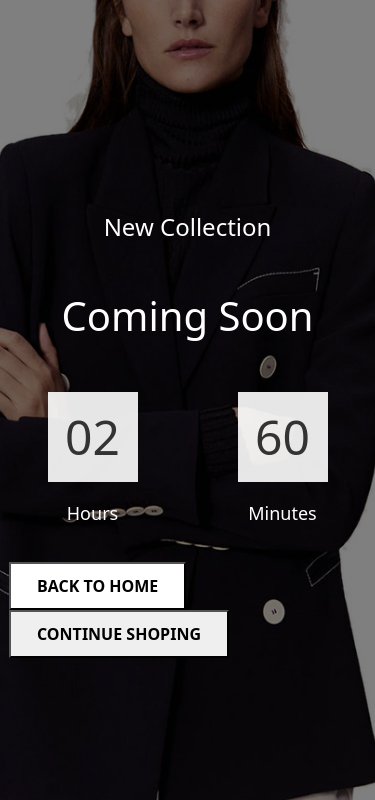
Repository: ST-United-Internship/Modaz-4life
Page: comingsoon&FAQ/coming-soon.html
These files come from the project's save history. The page is drawn as it stood at one moment and after a run of saves; the edit follows.
The browser window is 375 px wide. The pictures show the whole page.

Above is the page before, as saved 2023-03-22 09:49:35.

### comingsoon&FAQ/coming-soon.html


<!DOCTYPE html>
<html lang="en">
<head>
    <meta charset="UTF-8">
    <meta http-equiv="X-UA-Compatible" content="IE=edge">
    <meta name="viewport" content="width=device-width, initial-scale=1.0">
    <link rel="stylesheet" type="text/css" href="css/comming-soon.css">
    <link href="https://cdn.jsdelivr.net/npm/bootstrap@5.3.0-alpha1/dist/css/bootstrap.min.css" rel="stylesheet" integrity="sha384-GLhlTQ8iRABdZLl6O3oVMWSktQOp6b7In1Zl3/Jr59b6EGGoI1aFkw7cmDA6j6gD" crossorigin="anonymous">
    <title>Document</title>
</head>
<body>
    <section class="my-container">
        <img src="Assets/Images/bg-parallax2.jpg" alt="">
        <header>New Collection</header>
        <p>Coming Soon</p>
        <div class="time-titles">
            <div class="time days">
                <span class="number"></span>
                <span class="title-text">Days</span>
            </div>
            <div class="time hours">
                <span class="number"></span>
                <span class="title-text">Hours</span>
            </div>
            <div class="time minutes">
                <span class="number">09</span>
                <span class="title-text">Minutes</span>
            </div>
            <div class="time seconds">
                <span class="number">09</span>
                <span class="title-text">Seconds</span>
            </div>
        </div>
        <div class="flat-button">
            <button type="button" class="bg-white">BACK TO HOME</button>
            <button type="button">CONTINUE SHOPING</button>
            </div>
       </section>
    </section>

    <script src="./javaScript/ScriptTime.js"></script>
    <script src="https://cdn.jsdelivr.net/npm/@popperjs/core@2.11.6/dist/umd/popper.min.js" integrity="sha384-oBqDVmMz9ATKxIep9tiCxS/Z9fNfEXiDAYTujMAeBAsjFuCZSmKbSSUnQlmh/jp3" crossorigin="anonymous"></script>
    <script src="https://cdn.jsdelivr.net/npm/bootstrap@5.3.0-alpha1/dist/js/bootstrap.min.js" integrity="sha384-mQ93GR66B00ZXjt0YO5KlohRA5SY2XofN4zfuZxLkoj1gXtW8ANNCe9d5Y3eG5eD" crossorigin="anonymous"></script>
</body>
</html>

### comingsoon&FAQ/css/comming-soon.css
*{
    margin: 0;
    padding: 0;
    box-sizing: border-box;

}
.my-container{
    height: 100vh;
    row-gap: 15px;
    width: 100%;
    display: flex;
    justify-content: center;
    flex-direction: column;
    overflow: hidden;
    align-items: center;
    background-color: rgb(0, 0, 0,.5);
}

.my-container img{
    position: absolute;
    height: 100%;
    width: 100%;
    object-fit: cover;
    z-index: -1;
}

.my-container header{
    line-height: 58px;
    color: #fff;
    font-size: 24px;
}

.my-container p{
    color: #fff;
    font-size: 78px;
    line-height: 90px;
    font-weight: 500;
}

.my-container .time-titles{
    display: flex;
    column-gap: 30px;
}

.time-titles .time{
    display: flex;
    align-items: center;
    flex-direction: column;
}

.time .number{
    font-size: 48px;
    font-weight: 500;
    line-height: 90px;
    color: #333;
    width: 90px;
    height: 90px;
    background: rgba(255,255,255,.9);
    text-align: center;
    margin: 0 35px 18px;
    text-transform: capitalize;
}

.time .title-text{
    color: #fff;
}

.time .title-text{
    font-size: 18px;
    text-transform: capitalize;
}

.flat-button{
    /* position: relative;
    max-width: 360px;
    width: 100%; */
    height: 40px;
    margin-top: 20px;

}

.flat-button button{
    padding: 7px 26px;
    font-weight: 700;
    line-height: 30px;
    text-transform: uppercase;
    margin: 0 9px;
}

@media only screen and (max-width: 300px){
     .my-container header{
        font-size: 30px;
    }

}

@media only screen and (max-width: 500px) {
    .my-container p{
        font-size: 40px;
    }
}

@media only screen and (max-width: 500px) {
    .my-container p{
        font-size: 40px;
    }
}

### comingsoon&FAQ/javaScript/ScriptTime.js
const seconds = document.querySelector(".seconds .number");
const minutes = document.querySelector(".minutes .number");
const hours = document.querySelector(".hours .number");
const days = document.querySelector(".days .number");


let secvalues = 60,
    minvalues = 60,
    houvalues = 2,
    dayvalues = 9;

const timeFunc = setInterval(()=>{
    secvalues--;
    if (secvalues === 0) {
        minvalues--
        secvalues = 60;
    }
    if (minvalues === 0) {
        houvalues--
        minvalues = 60;
    }
    if (houvalues === 0) {
        dayvalues--
        houvalues = 60;
    }
    if (dayvalues === 0) {
        clearInterval(timeFunc)
    }
    seconds.textContent = secvalues < 10 ? `0${secvalues}` : secvalues;
    minutes.textContent = minvalues < 10 ? `0${minvalues}` : minvalues;
    hours.textContent = houvalues < 10 ? `0${houvalues}` : houvalues;
    days.textContent = dayvalues < 10 ? `0${dayvalues}` : dayvalues;
    minvalues.textContent = minvalues;
},1000)

After the next 3 saves:
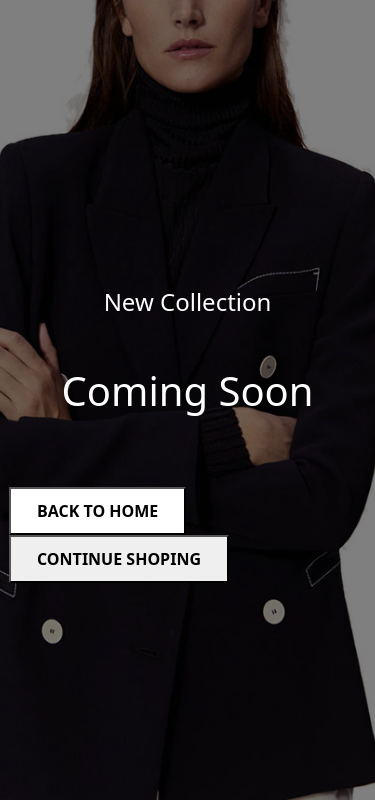
The 3 saves are shown as one change because they came seconds apart.
The last was saved 27 s later.
--- a/comingsoon&FAQ/css/comming-soon.css
+++ b/comingsoon&FAQ/css/comming-soon.css
@@ -101,7 +101,7 @@
 }
 
 @media only screen and (max-width: 500px) {
-    .my-container p{
-        font-size: 40px;
+    .my-container .time-titles{
+        display: none;
     }
 }
